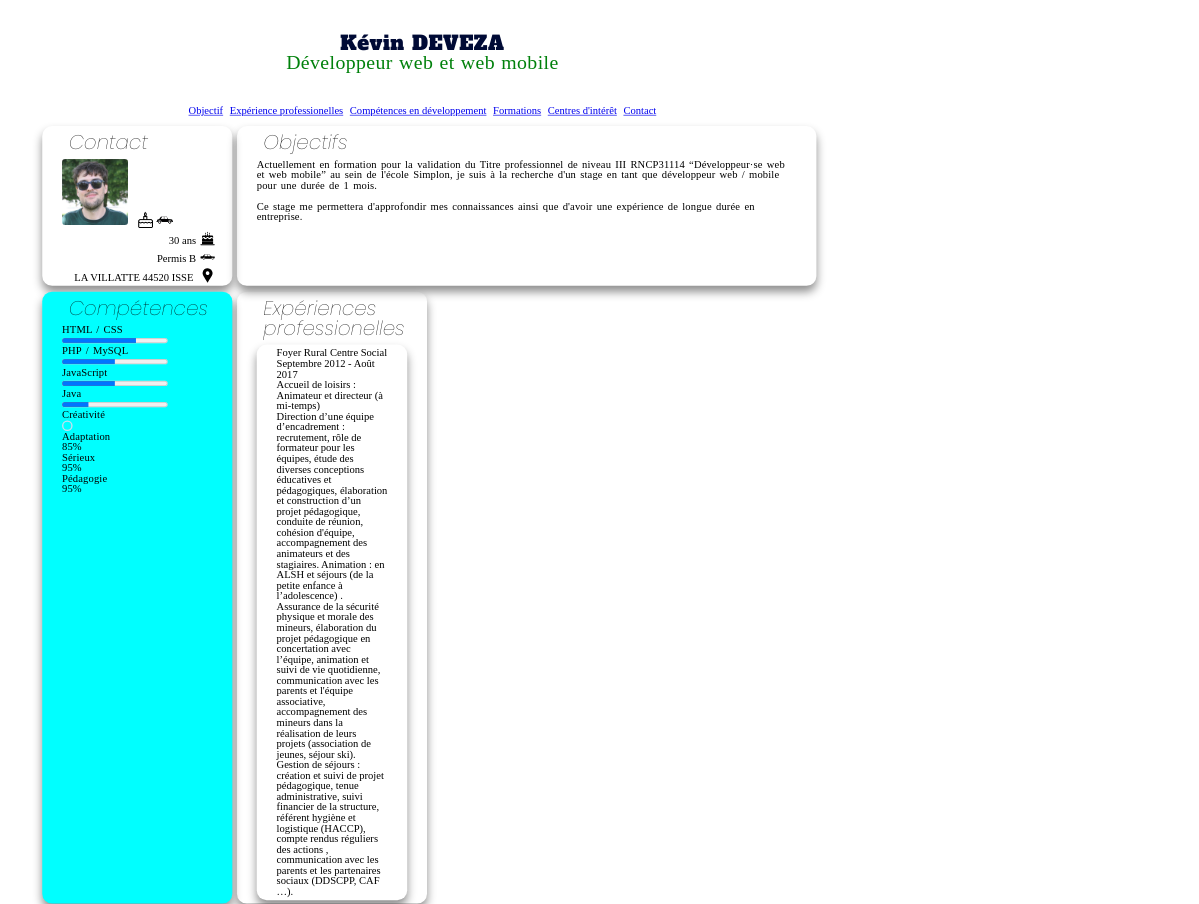
Repository: KevinDvZ/kevindvz.github.io
Page: index.html
The author's editor kept a copy of each file at every save. The page is drawn from the files as they stood at one save, then again after the next save.
The browser window is 1280 px wide. The page is 1280 px wide, then 1816 px, so the pictures cover 1816 px, including what lies to the right of the window. The pictures show the whole page, at 66% of full size.

Above is the page before, as saved 2020-10-30 17:54:33.

After the next save:
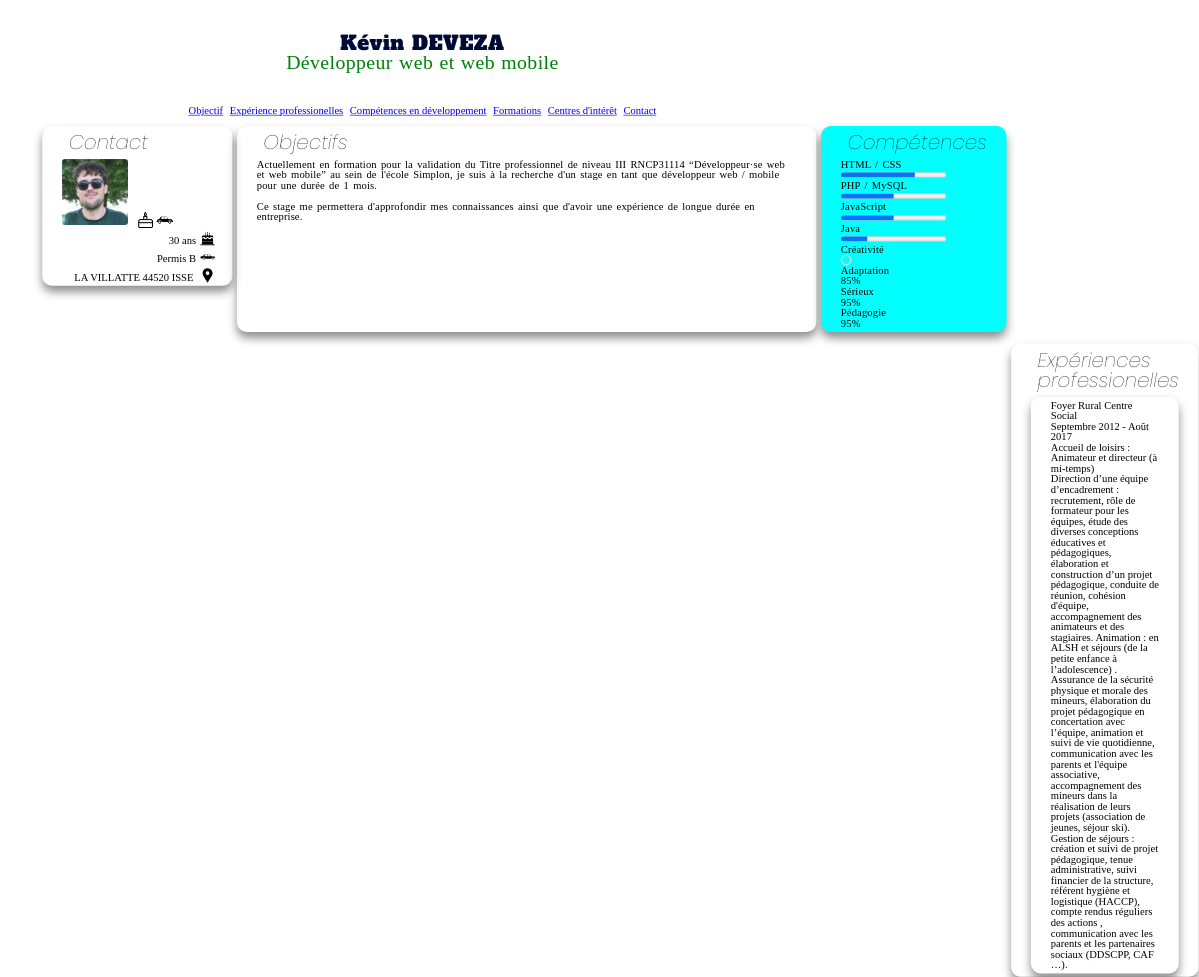
Saved 16 s later.
--- a/css/cv_deveza.css
+++ b/css/cv_deveza.css
@@ -83,6 +83,11 @@ address {
   z-index: 1;
 }
 
+#cadre-exp {
+  grid-area: exp;
+  z-index: 1;
+}
+
 .img {
   max-height: 100px;
   min-height: 60px;
